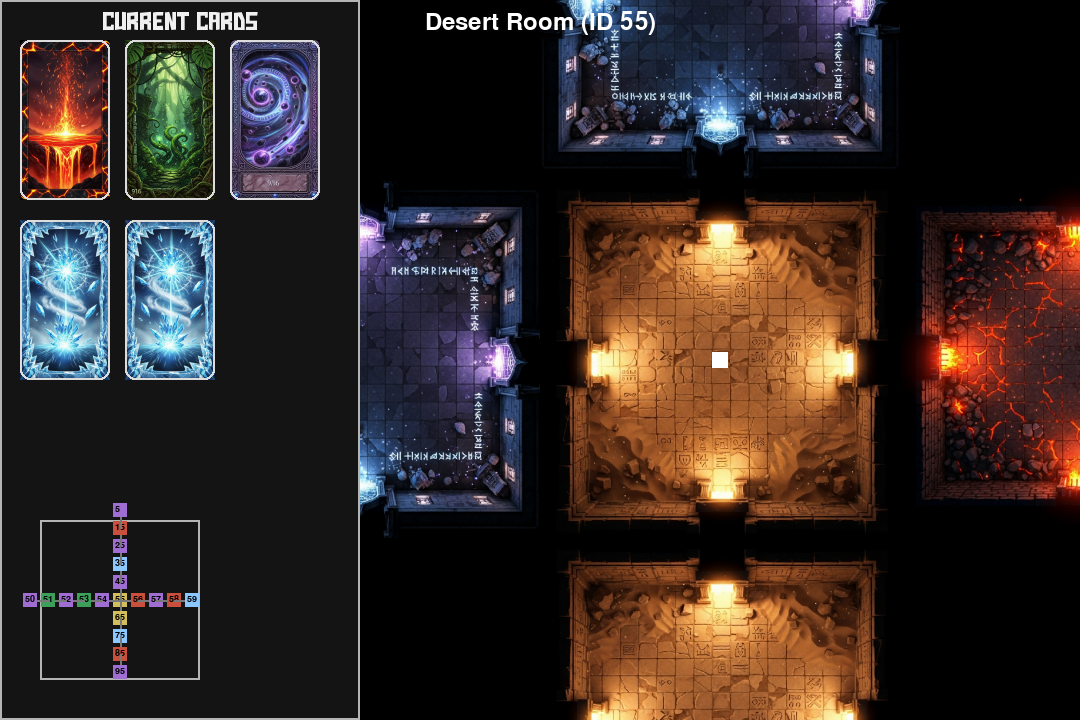
Repository: MehediMim/GateBound
Script's output: python main.py
The author's editor kept a copy of each file at every save. The script's output is drawn from the files as they stood at one save, then again after the next save.
The window is shown after at most 60 frames with no key pressed. Random numbers start from a fixed seed. It also reads assets/bg_arcane.png, assets/bg_desert.png, assets/bg_ice.png, assets/bg_jungle.png, assets/bg_volcanic.png, assets/card_arcane.jpeg, assets/card_desert.jpeg, assets/card_ice.jpeg, assets/card_jungle.jpeg, assets/card_volcanic.jpeg, assets/retro.ttf.

Above is the script's output before, as saved 2026-01-26 19:33:12.

After the next save:
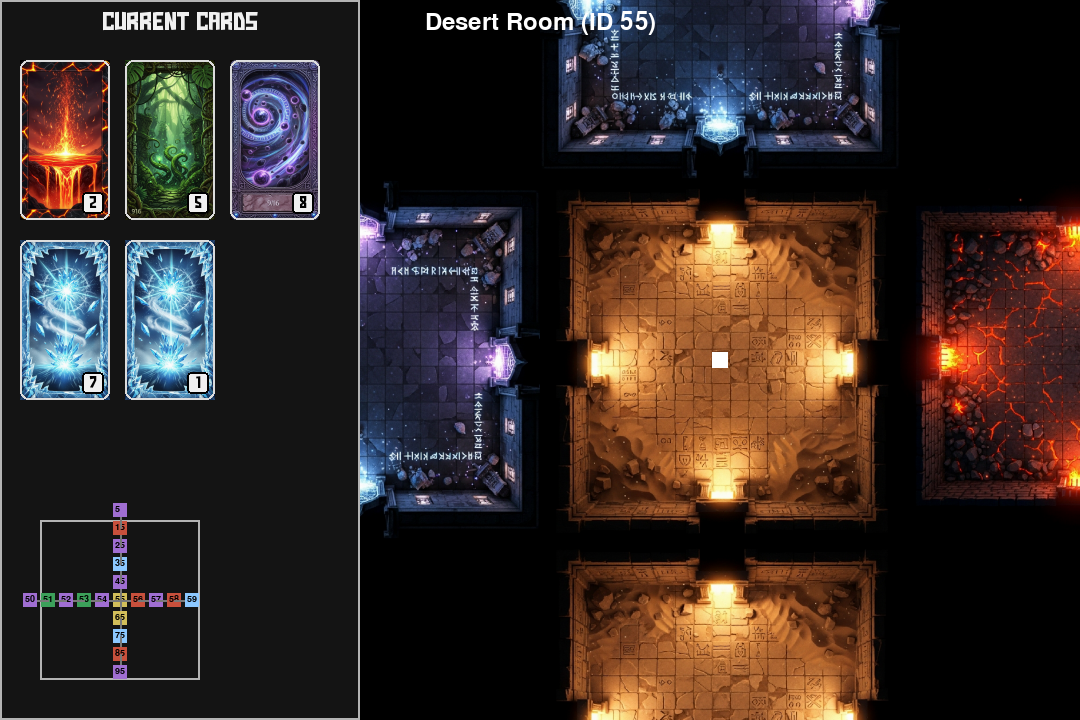
Saved 2 min 42 s later.
--- a/main.py
+++ b/main.py
@@ -200,10 +200,9 @@ def draw_cards_title():
     x = (SIDEBAR_W - text.get_width()) // 2
     y = 10
     screen.blit(text, (x, y))
-
 def draw_cards():
     start_x = 20
-    start_y = 40
+    start_y = 60
     gap_x = 15
     gap_y = 20
     cards_per_row = 3
@@ -217,15 +216,46 @@ def draw_cards():
         x = start_x + col * (CARD_WIDTH + gap_x)
         y = start_y + row * (CARD_HEIGHT + gap_y)
 
+        # card image
         screen.blit(card_images[key], (x, y))
 
+        # border
         pygame.draw.rect(
             screen,
             (220, 220, 220),
             (x, y, CARD_WIDTH, CARD_HEIGHT),
             2,
-            border_radius=10
+            border_radius=8
         )
+
+        # 🔥 POWER BADGE (BOTTOM-RIGHT)
+        power_text = retro_small.render(str(c["power"]), True, (0, 0, 0))
+        badge_size = 22
+        badge_x = x + CARD_WIDTH - badge_size - 6
+        badge_y = y + CARD_HEIGHT - badge_size - 6
+
+        pygame.draw.rect(
+            screen,
+            (240, 240, 240),
+            (badge_x, badge_y, badge_size, badge_size),
+            border_radius=4
+        )
+        pygame.draw.rect(
+            screen,
+            (0, 0, 0),
+            (badge_x, badge_y, badge_size, badge_size),
+            2,
+            border_radius=4
+        )
+
+        screen.blit(
+            power_text,
+            (
+                badge_x + (badge_size - power_text.get_width()) // 2,
+                badge_y + (badge_size - power_text.get_height()) // 2
+            )
+        )
+
 
 def draw_minimap():
     panel_size = 160
